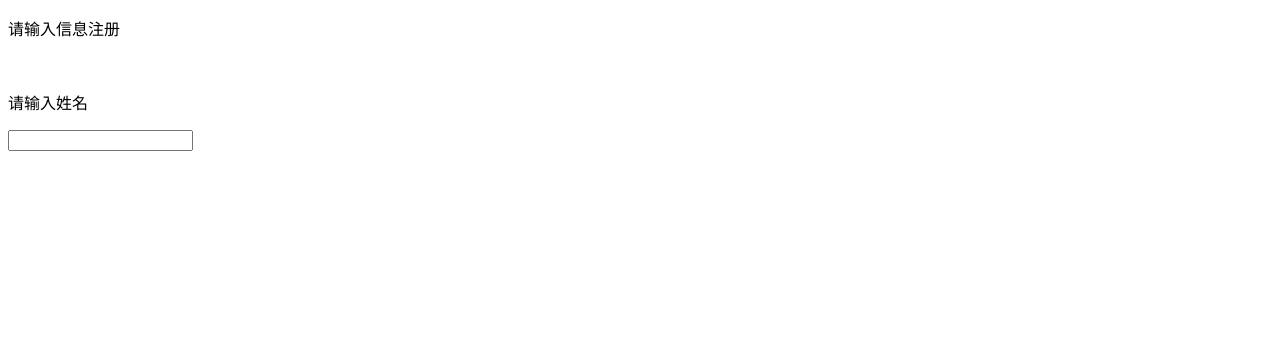
Repository: xienezheng/javaPractice
Page: javaweb/try2/WebContent/reg.html
These files come from the project's save history. The page is drawn as it stood at one moment and after the next save; the edit follows.
The browser window is 1280 px wide. The pictures show the whole page.

Above is the page before, as saved 2017-04-23 08:47:49.

After the next save:
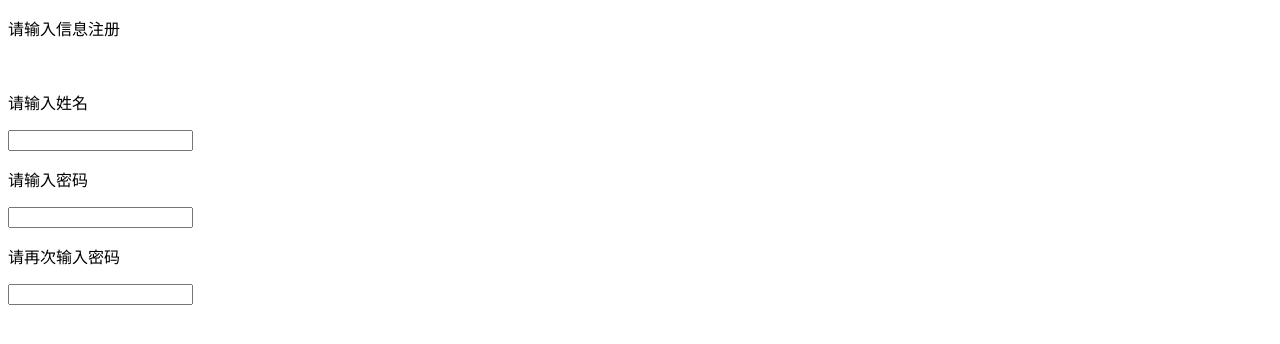
Saved 95 s later.
--- a/javaweb/try2/WebContent/reg.html
+++ b/javaweb/try2/WebContent/reg.html
@@ -19,6 +19,10 @@ left:200px;
 <p>请输入姓名</p>
 <form action="reg.jsp"method="post">
 <input type="text"name="name">
+<p>请输入密码</p>
+<input type="password"name="password1">
+<p>请再次输入密码</p>
+<input type="password"name="password2">
 </form>
 </body>
 </html>
